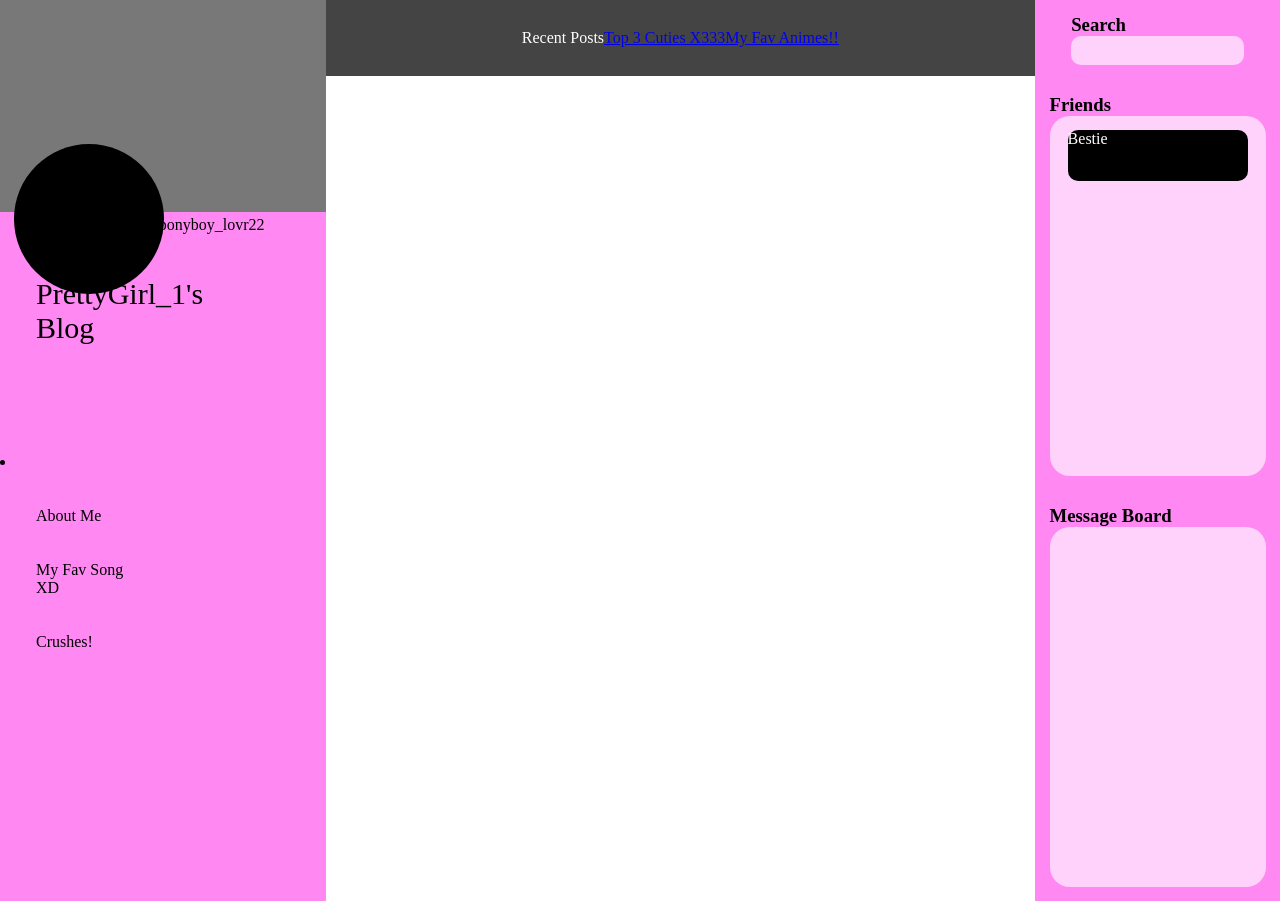
Repository: Jennica1/Frontend-Final
Page: index.html
The author's editor kept a copy of each file at every save. The page is drawn from the files as they stood at one save, then again after the next save.
The browser window is 1280 px wide. The pictures show the whole page.

Above is the page before, as saved 2024-05-16 20:28:17.

After the next save:
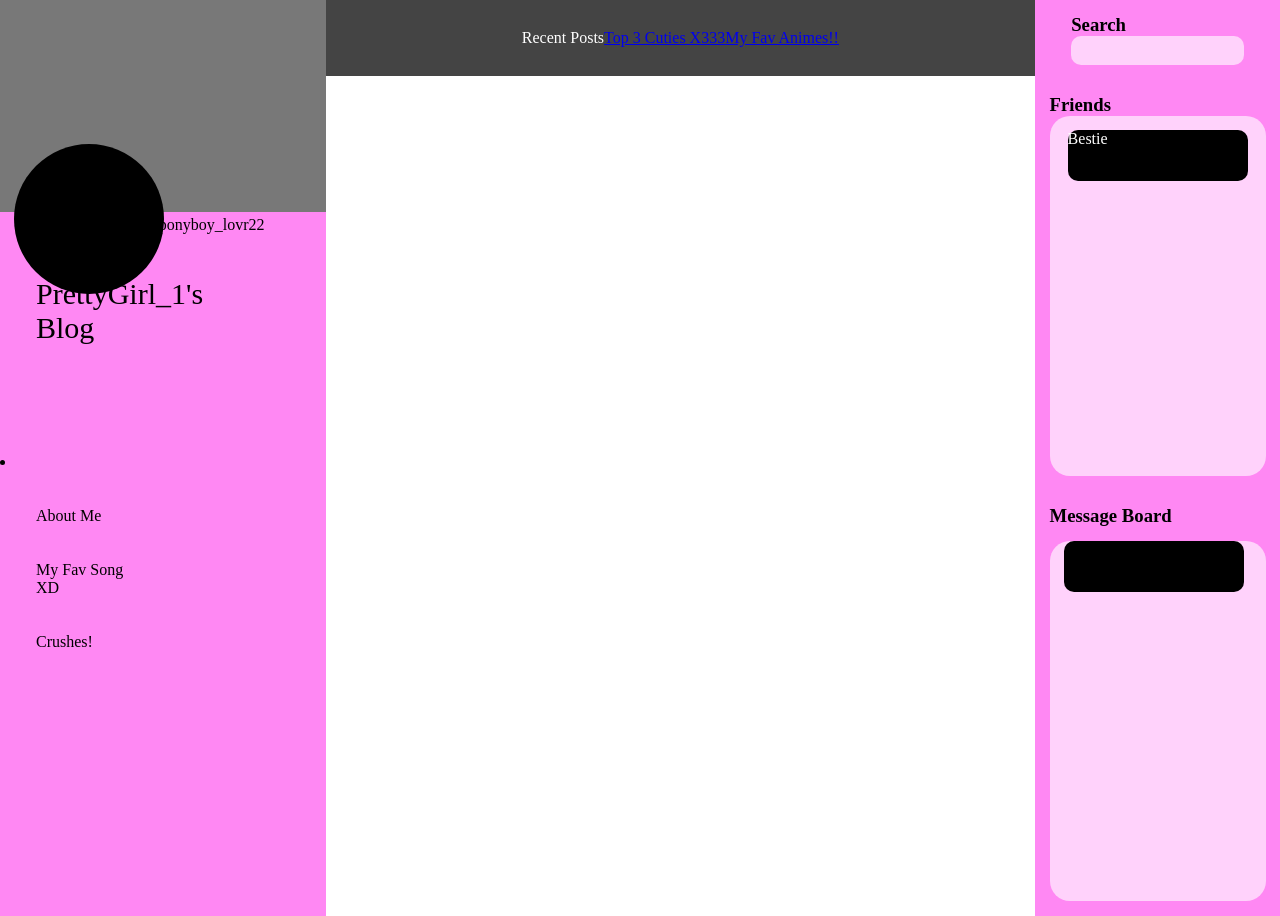
Saved 58 s later.
--- a/style.css
+++ b/style.css
@@ -130,7 +130,11 @@
 }
 
 .message {
-
+  width: 25vh;
+  height: 7vh;
+  border-radius: 10px;
+  background-color: black;
+  margin: 2vh;
 }
 
 .header {
